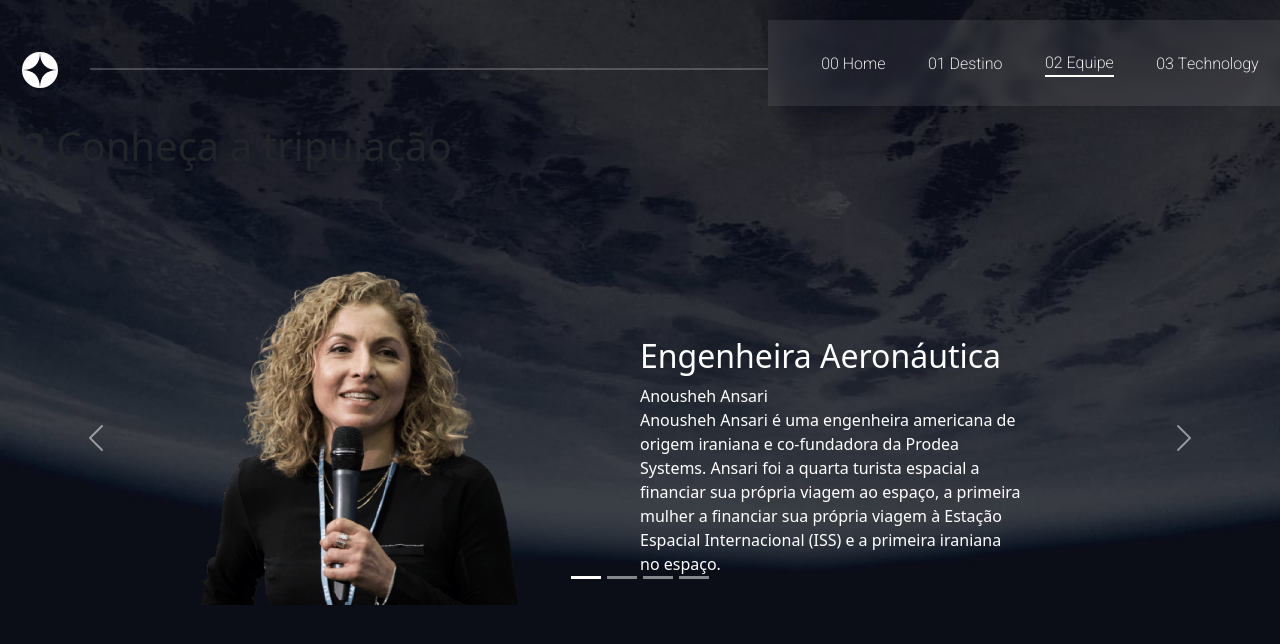
Repository: Leonngc/space-site
Page: crew-commander.html
The author's editor kept a copy of each file at every save. The page is drawn from the files as they stood at one save, then again after a run of saves.
The browser window is 1280 px wide. The pictures show the whole page.

Above is the page before, as saved 2023-05-01 16:17:03.

After the next 4 saves:
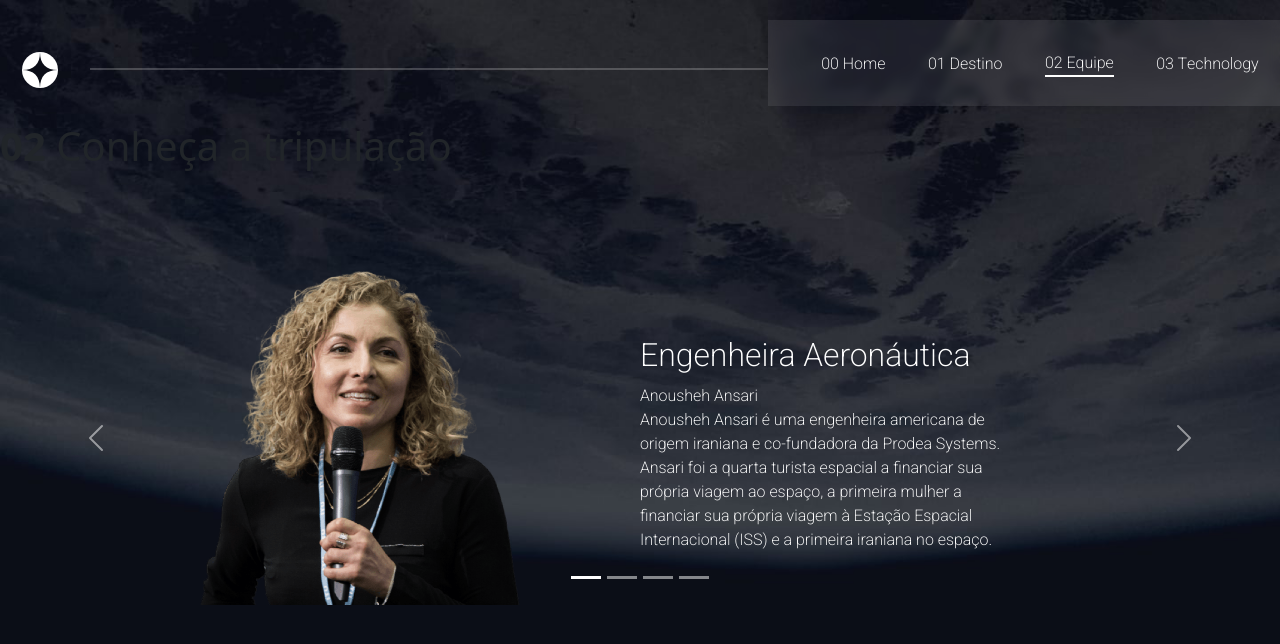
The 4 saves are shown as one change because they came seconds apart.
The last was saved 13 s later.
--- a/starter-code/styles/crew.css
+++ b/starter-code/styles/crew.css
@@ -33,6 +33,5 @@ body{
     left: 50%;
     color: white;
     width: 30vw;
+    font-family: var(--paragraph-font);
 }
-
-.text-box
